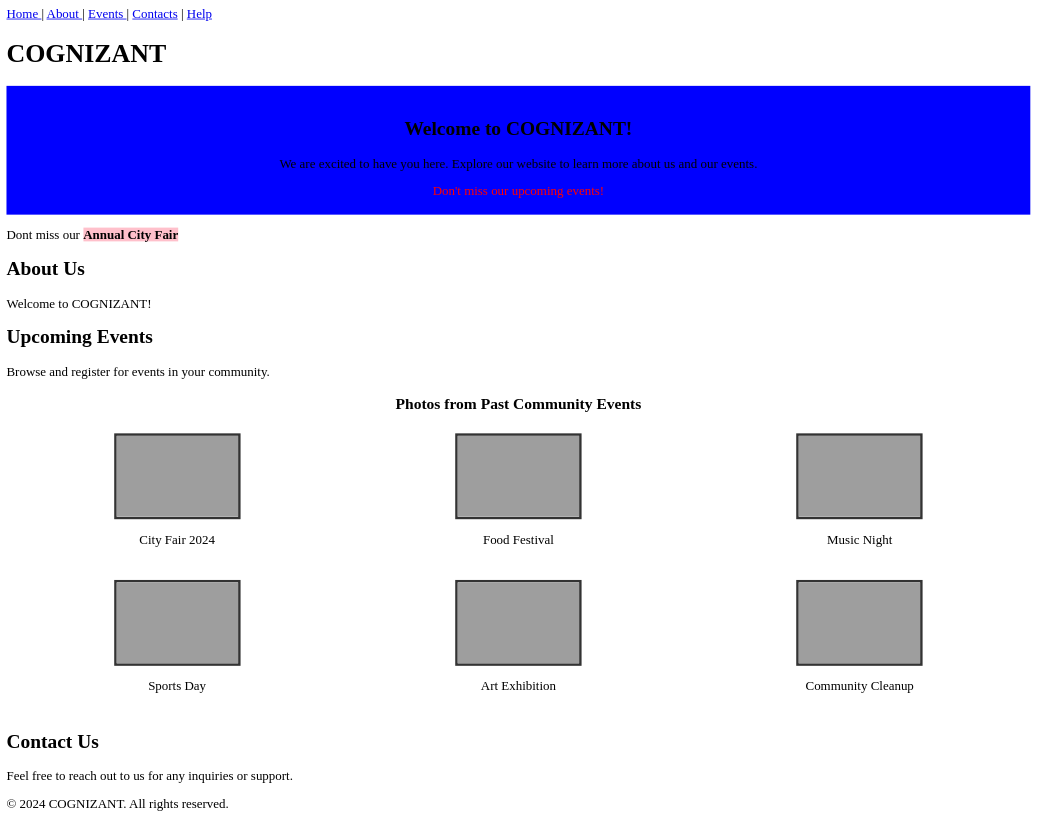
Repository: Sonasiju/Digital-Nurture-Java
Page: HTML/index.html
An editor plug-in stored every save of this project. The page is shown before and after the next save, followed by the edit.
The browser window is 1280 px wide. The pictures show the whole page, at 81% of full size.
Pictures or frames that could not be fetched are drawn as grey boxes.

Above is the page before, as saved 2026-06-03 17:54:05.

After the next save:
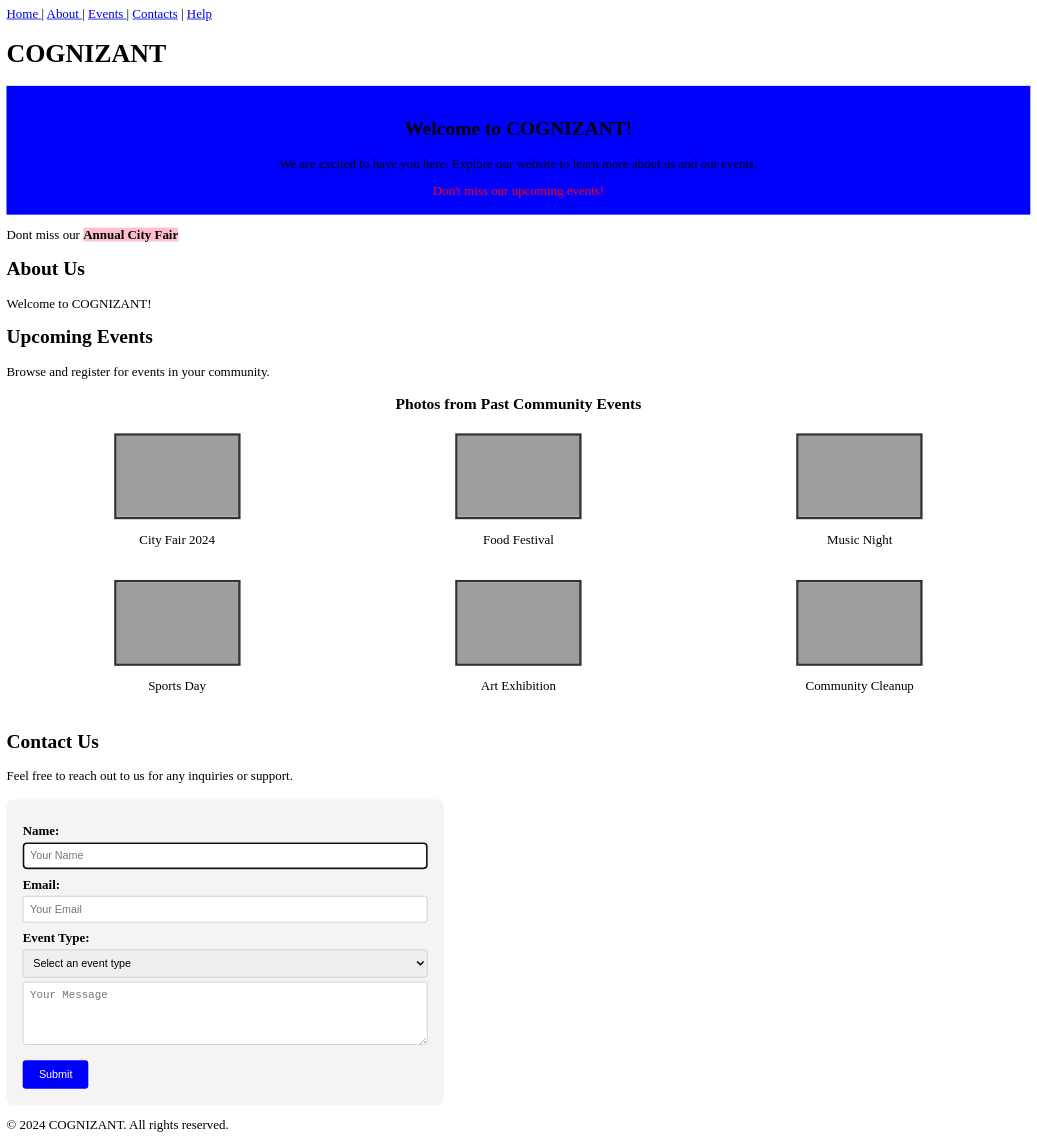
Saved 5 h 3 min later.
--- a/HTML/index.html
+++ b/HTML/index.html
@@ -40,6 +40,46 @@
 td {
   text-align: center;
   padding: 10px;
+}
+/* Form Styling */
+form {
+  background-color: #f4f4f4;
+  padding: 20px;
+  border-radius: 8px;
+  max-width: 500px;
+  margin-top: 20px;
+}
+
+form label {
+  display: block;
+  margin-top: 10px;
+  font-weight: bold;
+}
+
+form input, form select, form textarea {
+  width: 100%;
+  padding: 8px;
+  margin-top: 5px;
+  border: 1px solid #ccc;
+  border-radius: 4px;
+  box-sizing: border-box;
+}
+
+form button {
+  margin-top: 15px;
+  padding: 10px 20px;
+  background-color: blue;
+  color: white;
+  border: none;
+  border-radius: 4px;
+  cursor: pointer;
+}
+
+output {
+  display: block;
+  margin-top: 10px;
+  color: green;
+  font-weight: bold;
 }
 </style>
 </head>
@@ -157,7 +197,42 @@
 <section id="contacts">
             <h2>Contact Us</h2>
             <p>Feel free to reach out to us for any inquiries or support.</p>
-        </section>
+            <form id="contactForm">
+                <label for="name">Name:</label>
+                <input type="text" id="name" name="name" placeholder="Your Name" required autofocus>
+
+                <label for="email">Email:</label>
+                <input type="email" id="email" name="email" placeholder="Your Email" required>
+                <label for="eventType">Event Type:</label>
+                <select id="eventType" name="eventType" required>
+                    <option value="">Select an event type</option>
+                    <option value="cityFair">City Fair</option>
+                    <option value="foodFestival">Food Festival</option>
+                    <option value="musicNight">Music Night</option>
+                    <option value="sportsDay">Sports Day</option>
+                    <option value="artExhibition">Art Exhibition</option>
+                    <option value="communityCleanup">Community Cleanup</option>
+
+
+
+
+
+                <label for="message">Message:</label>
+                <textarea id="message" name="message" placeholder="Your Message" rows="4" required></textarea>
+
+                <button type="submit">Submit</button>
+
+
+
+
+
+
+
+
+
+
+
+          </section>
     </main>
 
 <!-- Footer -->
